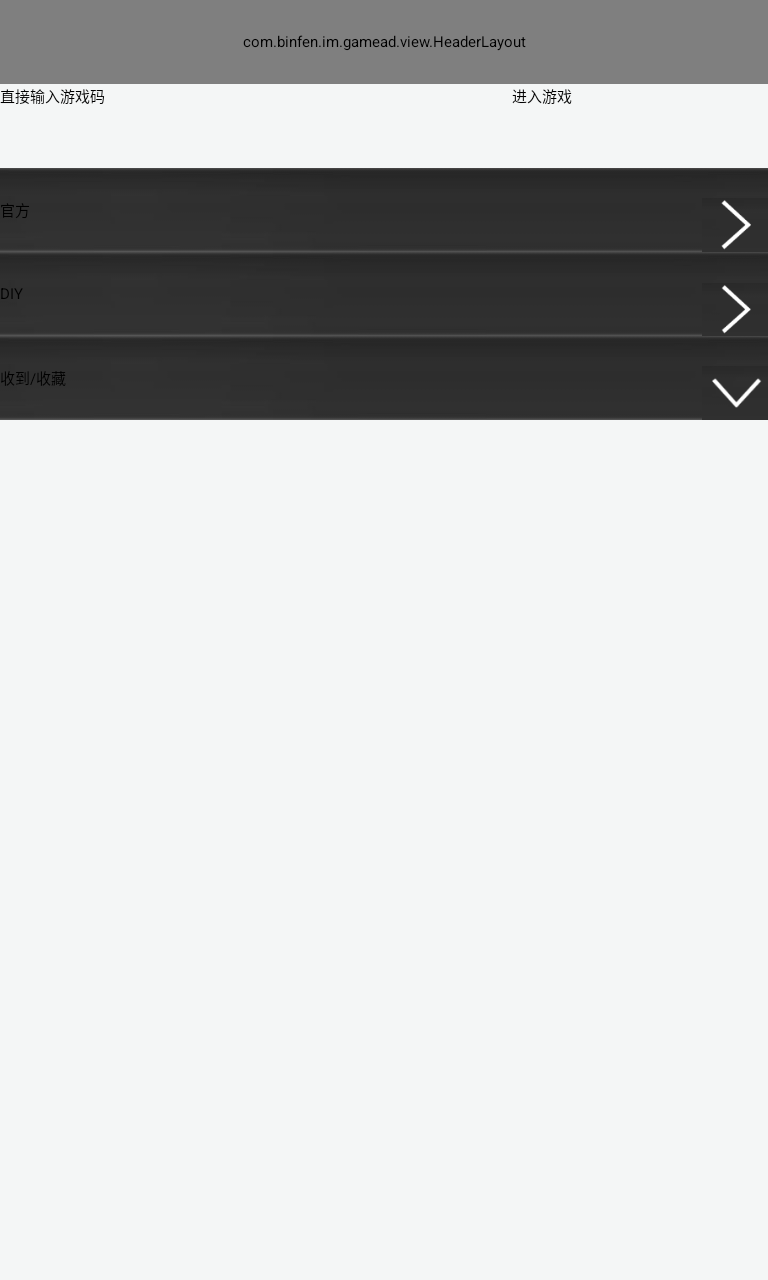
Repository: hosle/gad2
Layout: gamead_IM2/res/layout/xxh_gamelayout3.xml
The author's editor kept a copy of each file at every save. The layout is drawn from the files as they stood at one save, then again after the next save.
Pictures or frames that could not be fetched are drawn as grey boxes. It is drawn on a 768 x 1280 px phone screen (xhdpi) without system bars, with theme AppTheme; the app's code is not run. Lists and similar views that code fills are empty. The app's manifest (not shown) leaves right-to-left support off. So textAlignment, textDirection and layoutDirection are ignored, and left and right values win over start and end ones.

Above is the layout before, as saved 2015-06-26 07:00:14.

After the next save:
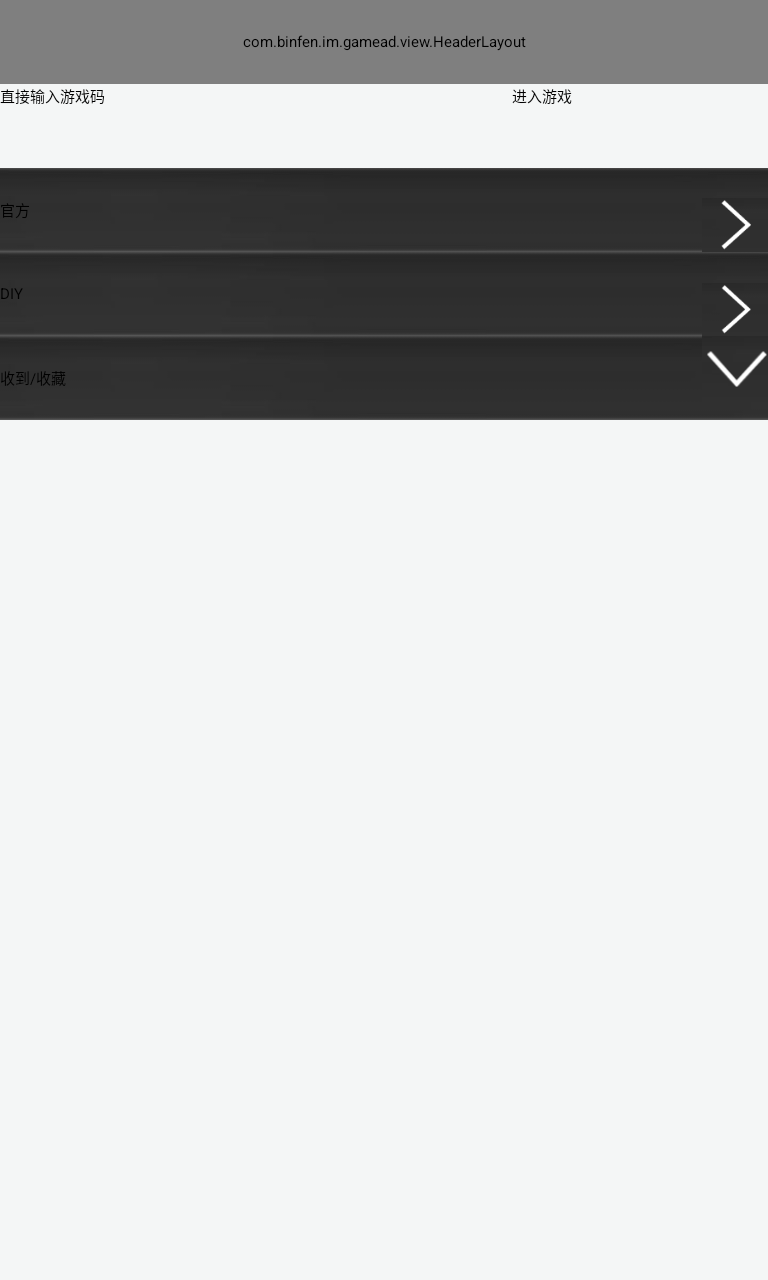
Saved 14 s later.
--- a/gamead_IM2/res/layout/xxh_gamelayout3.xml
+++ b/gamead_IM2/res/layout/xxh_gamelayout3.xml
@@ -114,7 +114,7 @@
                android:layout_height="wrap_content"
                android:layout_alignParentRight="true"
                android:layout_alignParentEnd="true"
-               android:layout_alignTop="@+id/save_game"
+               android:layout_alignRight="@+id/save_game"
                android:background="@drawable/xxh_game_bkimgbnt"
                android:src="@drawable/xxh_game_ad" />
 
